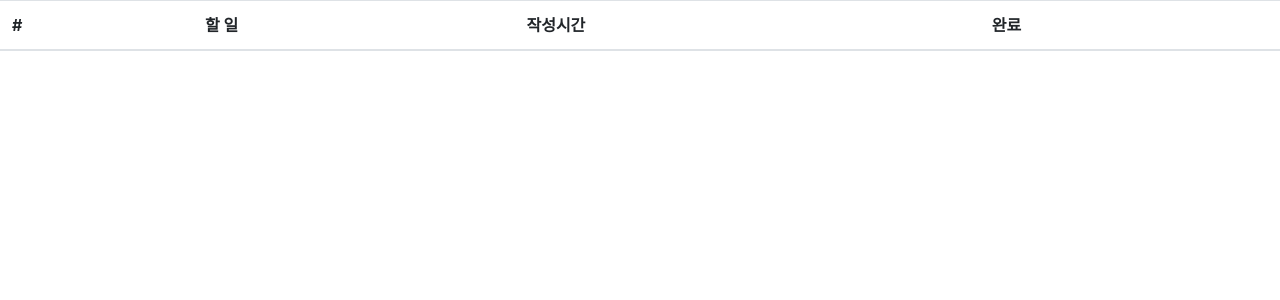
Repository: HimNahyeon/devClassBackup
Page: http://localhost/TodoList/main.jsp
An editor plug-in stored every save of this project. The page is shown before and after the next save, followed by the edit.
The browser window is 1280 px wide. The pictures show the whole page.
The page is served by Tomcat 9. Other server files are loaded and not shown. Queries for data that is not in the repository find no rows.

Above is the page before, as saved 2021-11-02 06:19:00.

### jsp/TodoList/WebContent/main.jsp
<%@page import = "dao.*" %>
<%@page import="java.util.ArrayList"%>
<%@ page language="java" contentType="text/html; charset=UTF-8"
    pageEncoding="UTF-8"%>
<!DOCTYPE html>
<html>
<head>
<meta charset="UTF-8">
<!-- Bootstrap CSS -->
<link href="./css/bootstrap.min.css" rel="stylesheet" type="text/css">
<title>Insert title here</title>
</head>
<body>
	<table class="table table-hover">
  <thead>
    <tr>
      <th scope="col">#</th>
      <th scope="col">할 일</th>
      <th scope="col">작성시간</th>
      <th scope="col">완료</th>
    </tr>
  </thead>

  <tbody>

  <%
  	ArrayList<TodoObj> feeds = (new TodoDAO()).getList();

  	int i = feeds.size();
  	for(TodoObj feed : feeds){
  %>

    <tr>
      <th scope="row"><%=i %></th>
      <td><%=feed.getTodo() %></td>
      <td><%=feed.getTs() %></td>
      <td><a href ="deltodo.jsp?no=<%=feed.getNo()%>">완료</a></td>
    </tr>

<%
  	}
%>

 </tbody>
</table>
</body>
</html>

### jsp/TodoList/src/dao/TodoDAO.java
package dao;

import java.sql.*;
import java.util.ArrayList;

import javax.naming.NamingException;

import util.ConnectionPool;

public class TodoDAO {

	public ArrayList<TodoObj> getList()
			throws NamingException, SQLException {

		Connection conn = null;
		PreparedStatement stmt = null;
		ResultSet rs = null;

		try {
			String sql = "SELECT no, id, todo, done, ts FROM todo WHERE id='1111' and done=1 ORDER BY ts DESC";
			conn = ConnectionPool.get();
			stmt = conn.prepareStatement(sql);

			rs = stmt.executeQuery();

			ArrayList<TodoObj> feeds = new ArrayList<TodoObj>() ;

			while(rs.next()) {
				feeds.add(new TodoObj(rs.getString("no"),rs.getString("id"),
						rs.getString("todo"), rs.getString("done"), rs.getString("ts")));
			}
			return feeds;
		} finally {
			if(rs != null) rs.close();
			if(stmt != null) stmt.close();
			if(conn != null) conn.close();
		}

	}

	public boolean del(String no)
			throws NamingException, SQLException {

		Connection conn = null;
		PreparedStatement stmt = null;

		try {
			String sql = "UPDATE todo SET done=0 WHERE no =?";
			conn = ConnectionPool.get();
			stmt = conn.prepareStatement(sql);
				stmt.setString(1, no);
			int count = stmt.executeUpdate();

			return (count == 1) ? true : false;

		} finally {
			if(stmt != null) stmt.close();
			if(conn != null) conn.close();
		}

	}

	public boolean insert(String utodo)
			throws NamingException, SQLException {

		Connection conn = null;
		PreparedStatement stmt = null;
		String uid = "1111";
		String udone = "1";
		try {
			String sql = "INSERT INTO todo (id, todo, done) VALUES (?,?,?)";
			conn = ConnectionPool.get();
			stmt = conn.prepareStatement(sql);
				stmt.setString(1, uid);
				stmt.setString(2, utodo);
				stmt.setString(3, udone);

			int count = stmt.executeUpdate();

			return (count == 1) ? true : false;

		} finally {
			if(stmt != null) stmt.close();
			if(conn != null) conn.close();
		}
	}


}

### jsp/TodoList/src/util/ConnectionPool.java
package util;

import java.sql.Connection;
import java.sql.SQLException;

import javax.naming.InitialContext;
import javax.naming.NamingException;
import javax.sql.DataSource;

public class ConnectionPool {
	private static DataSource _ds = null;

	public static Connection get() throws NamingException,SQLException {
		if (_ds==null) {
			_ds= (DataSource) (new InitialContext()).lookup("java:comp/env/jdbc/todolist");
		}

		return _ds.getConnection();
	}
}

Loaded but not shown: jsp/TodoList/WebContent/css/bootstrap.min.css (library)

After the next save:
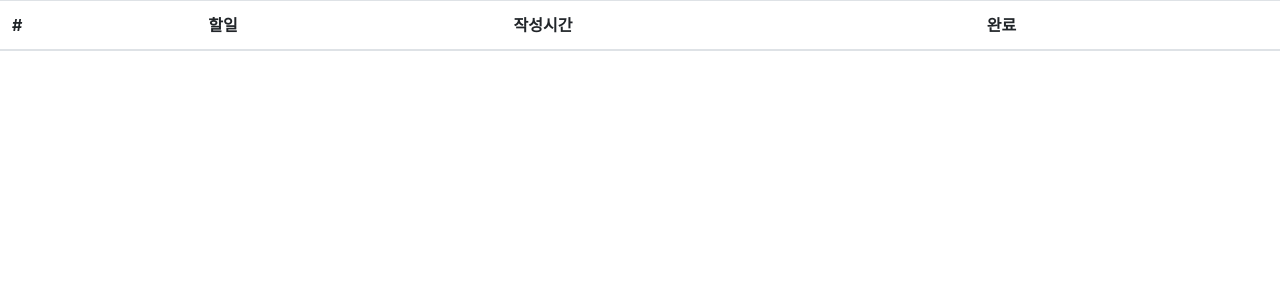
Saved 80 s later.
--- a/jsp/TodoList/WebContent/main.jsp
+++ b/jsp/TodoList/WebContent/main.jsp
@@ -1,4 +1,5 @@
-<%@page import = "dao.*" %>
+<%@page import="dao.TodoDAO"%>
+<%@page import="dao.TodoObj"%>
 <%@page import="java.util.ArrayList"%>
 <%@ page language="java" contentType="text/html; charset=UTF-8"
     pageEncoding="UTF-8"%>
@@ -6,42 +7,41 @@
 <html>
 <head>
 <meta charset="UTF-8">
-<!-- Bootstrap CSS -->
-<link href="./css/bootstrap.min.css" rel="stylesheet" type="text/css">
 <title>Insert title here</title>
+    <!-- Bootstrap CSS -->
+    <link href="./css/bootstrap.min.css" rel="stylesheet" type="text/css">
 </head>
 <body>
-	<table class="table table-hover">
+
+<table class="table table-hover">
   <thead>
     <tr>
       <th scope="col">#</th>
-      <th scope="col">할 일</th>
+      <th scope="col">할일</th>
       <th scope="col">작성시간</th>
       <th scope="col">완료</th>
     </tr>
   </thead>
-
   <tbody>
 
-  <%
-  	ArrayList<TodoObj> feeds = (new TodoDAO()).getList();
-
-  	int i = feeds.size();
-  	for(TodoObj feed : feeds){
-  %>
-
+<%
+	ArrayList<TodoObj> feeds = (new TodoDAO()).getList();
+	int i = feeds.size();
+	for (TodoObj feed : feeds) {
+%>
     <tr>
       <th scope="row"><%=i %></th>
       <td><%=feed.getTodo() %></td>
       <td><%=feed.getTs() %></td>
-      <td><a href ="deltodo.jsp?no=<%=feed.getNo()%>">완료</a></td>
+      <td><a href = "deltodo.jsp?no=<%=feed.getNo() %>">완료</a></td>
     </tr>
 
 <%
-  	}
+	i--;
+	}
 %>
 
- </tbody>
+  </tbody>
 </table>
 </body>
 </html>
